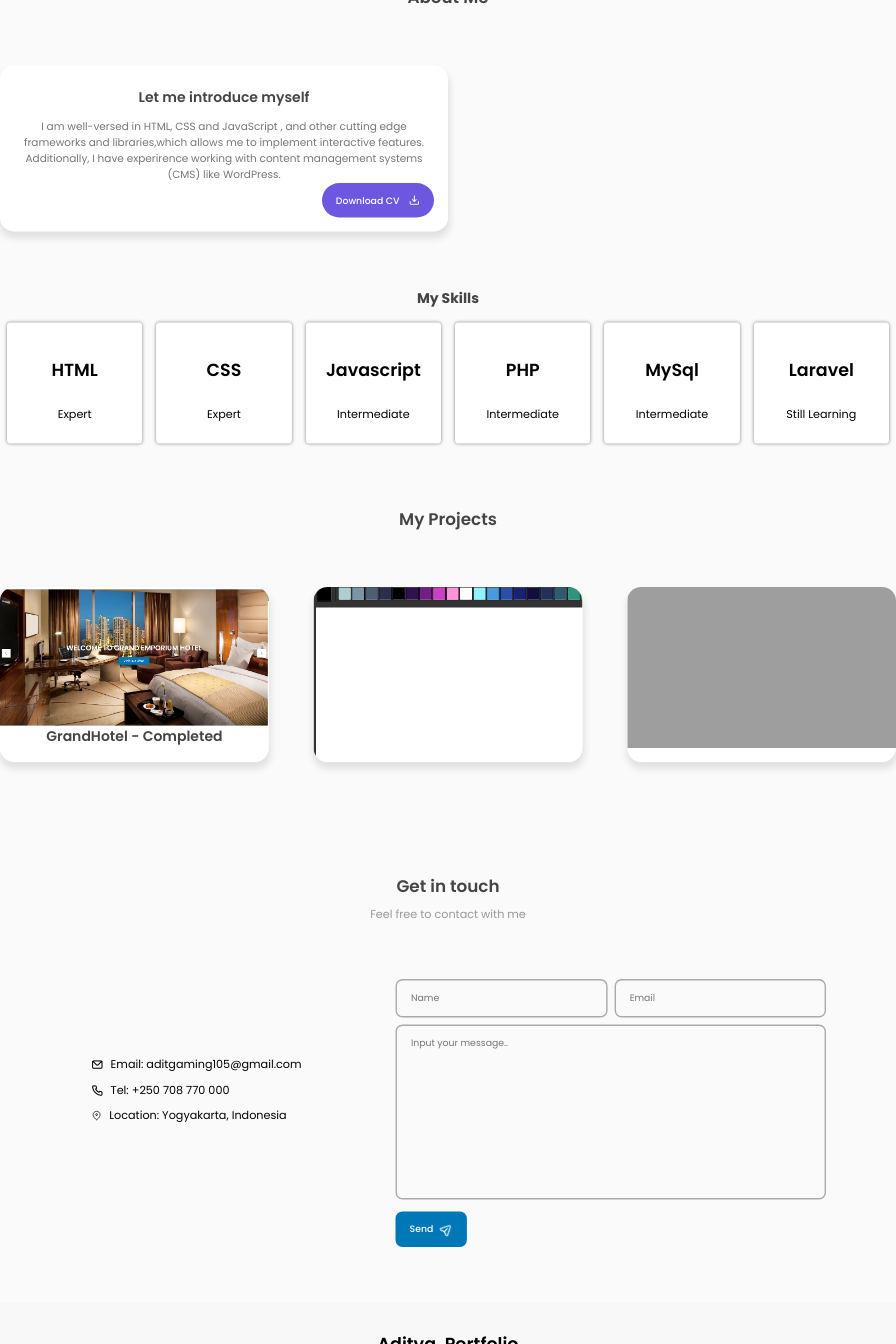
Repository: 4Kbrain/Portofolio
Page: index.html
These files come from the project's save history. The page is drawn as it stood at one moment and after a run of saves; the edit follows.
The browser window is 1280 px wide. The pictures show the part of the page from y = 821 to 2741 px (the page is 3007 px tall), at 70% of full size.
Pictures or frames that could not be fetched are drawn as grey boxes.

Above is the page before, as saved 2024-05-15 17:47:28.
Console error: ReferenceError: ScrollReveal is not defined

### index.html
<!DOCTYPE html>
<html lang="en">

<head>
    <meta charset="UTF-8">
    <meta name="viewport" content="width=device-width, initial-scale=1.0">
    <link rel="stylesheet" href="https://unicons.iconscout.com/release/v4.0.8/css/line.css">
    <link rel="stylesheet" href="assets/css/style.css">
    <link rel="shortcut icon" href="assets/img/favicon.png" type="image/x-icon">

    <title>Portfolio | Aditya</title>
</head>

<body>

    <div class="container">
        <!-- header -->
        <nav id="header">
            <div class="nav-logo">
                <a href="#home">
                    <p class="nav-name">Aditya</p>
                    <span>.</span>
                </a>
            </div>
            <div class="nav-menu" id="myNavMenu">
                <ul class="nav_menu_list">
                    <li class="nav_list">
                        <a href="#home" class="nav-link active-link">Home</a>
                        <div class="circle"></div>
                    </li>
                    <li class="nav_list">
                        <a href="#about" class="nav-link">About</a>
                        <div class="circle"></div>
                    </li>
                    <li class="nav_list">
                        <a href="#projects" class="nav-link">Projects</a>
                        <div class="circle"></div>
                    </li>
                    <li class="nav_list">
                        <a href="#contact" class="nav-link">Contact</a>
                        <div class="circle"></div>
                    </li>
                </ul>
            </div>
            <div class="nav-button">
                <a id="downloadCVButton" href="assets/CV/Aditya%20CV.pdf" download="CV.pdf" class="btn">Download CV <i
                        class="uil uil-file-alt"></i></a>
            </div>
            <div class="nav-menu-btn">
                <i class="uil uil-bars" onclick="myMenuFunction()"></i>
            </div>
        </nav>

        <!-- -------------- MAIN ---------------- -->
        <main class="wrapper">
            <!-- -------------- FEATURED BOX ---------------- -->
            <section class="featured-box" id="home">
                <div class="featured-text">
                    <div class="featured-text-card">
                        <span>Aditya Dwi Nugroho</span>
                    </div>
                    <div class="featured-name">
                        <p>I'm <span class="typedText"></span></p>
                    </div>
                    <div class="featured-text-info">
                        <p>I'm a beginner web developer with a passion for creating fully responsive websites. I'm eager to learn and grow in both front-end and back-end development.
                        </p>
                    </div>
                    <div class="featured-text-btn">
                        <button class="btn blue-btn">Contact Me</button>
                        <a id="downloadCVButton" href="assets/CV/Aditya%20CV.pdf" download="CV.pdf" class="btn">Download CV <i class="uil uil-file-alt"></i></a>

                    </div>
                    <div class="social_icons">
                        <div class="icon"><a href="https://www.instagram.com/allen.adityadn/"><i class="uil uil-instagram"></i></a></div>
                        <div class="icon"><a href="https://wa.me/0895339926715"><i class="uil uil-whatsapp"></i></a></div>
                        <div class="icon"><a href="https://github.com/4Kbrain"><i class="uil uil-github-alt"></i></a></div>

                    </div>
                </div>
                <div class="featured-image">
                    <div class="image">
                        <img src="assets/img/avatar.png" alt="avatar">
                    </div>
                </div>

    </div>

    </section>
    <!-- -------------- ABOUT BOX ---------------- -->
    <section class="section" id="about">
        <div class="top-header">
            <h1>About Me</h1>
        </div>
        <div class="row">
            <div class="col">
                <div class="about-info">
                    <h3>Let me introduce myself</h3>
                    <p>I am well-versed in HTML, CSS and JavaScript , and other cutting edge
                        frameworks and libraries,which allows me to implement interactive features.
                        Additionally, I have experirence working with content management systems (CMS) like
                        WordPress.
                    </p>
                    <div class="about-btn">
                        <a href="assets/CV/Aditya%20CV.pdf" download>
                            <button class="btn">Download CV <i class="uil uil-import"></i></button>
                          </a>

                    </div>
                </div>
            </div>
        </div>
    </section>

    <!-- Skills -->
<section class="skills" id="skills">

    <div class="skill" id="skill">
        <h1>My Skills</h1>
        <div class="content">
          <div class="flex">
            <div class="kotak" data-aos="flip-down" data-aos-delay="500">
              <div class="logo">
                <i class="fa-brands fa-html5"></i>
              </div>
              <div class="nama">HTML</div>
              <div class="ukuran">Expert</div>
            </div>
            <div class="kotak" data-aos="flip-right" data-aos-delay="500">
              <div class="logo">
                <i class="fa-brands fa-css3"></i>
              </div>
              <div class="nama">CSS</div>
              <div class="ukuran">Expert</div>
            </div>
            <div class="kotak" data-aos="flip-left" data-aos-delay="500">
              <div class="logo">
                <i class="fa-brands fa-js"></i>
              </div>
              <div class="nama">Javascript</div>
              <div class="ukuran">Intermediate</div>
            </div>
            <div class="kotak" data-aos="flip-up" data-aos-delay="500">
              <div class="logo">
                <i class="fa-brands fa-php"></i>
              </div>
              <div class="nama">PHP</div>
              <div class="ukuran">Intermediate</div>
            </div>
            <div class="kotak" data-aos="fade-up" data-aos-delay="500">
              <div class="logo">
                <i class="fa-solid fa-database"></i>
              </div>
              <div class="nama">MySql</div>
              <div class="ukuran">Intermediate</div>
            </div>
            <div class="kotak" data-aos="flip-down" data-aos-delay="500">
              <div class="logo">
                <i class="fa-brands fa-laravel"></i>
              </div>
              <div class="nama">Laravel</div>
              <div class="ukuran">Still Learning</div>
            </div>
          </div>
        </div>
      </div>

</section>



    <!-- -------------- PROJECT BOX ---------------- -->

    <section class="section" id="projects">
        <div class="top-header">
            <h1>My Projects</h1>
        </div>
        <div class="project-container">
            <div class="project-box">
                <a href=""></a>
                <img src="assets/img/GrandHotel.png" alt="Grand Hotel Project" class="project-image">
                <h3>GrandHotel - Completed</h3>
                <label class="clear">-</label>
            </div>
            <div class="project-box">
                <a href=""> <img src="assets/img/drawing.png" alt="2" class="project-image"></a>
                <h3>Drawing App - Completed</h3>
                <label> - </label>
            </div>
            <div class="project-box">
                <img src="path/to/your/image3.jpg" alt="3" class="project-image">
                <h3></h3>
                <label> - </label>
            </div>
        </div>
    </section>



  <!-- Contact me  -->

    <section class="section" id="contact">
        <div class="top-header">
            <h1>Get in touch</h1>
            <span>Feel free to contact with me</span>
        </div>
        <div class="row">
            <div class="col">
                <div class="contact-info">
                    <p><i class="uil uil-envelope"></i> Email: aditgaming105@gmail.com</p>
                    <p><i class="uil uil-phone"></i> Tel: +250 708 770 000</p>
                    <p><svg xmlns="http://www.w3.org/2000/svg" width="1em" height="1em" viewBox="0 0 24 24"><g fill="none" stroke="currentColor" stroke-linecap="round" stroke-linejoin="round" stroke-width="1.5"><path d="M12.56 20.82a.964.964 0 0 1-1.12 0C6.611 17.378 1.486 10.298 6.667 5.182A7.592 7.592 0 0 1 12 3c2 0 3.919.785 5.333 2.181c5.181 5.116.056 12.196-4.773 15.64"/><path d="M12 12a2 2 0 1 0 0-4a2 2 0 0 0 0 4"/></g></svg>Location: Yogyakarta, Indonesia</p>
                </div>
            </div>
            <div class="col">
                <div class="form-control">
                    <div class="form-inputs">
                        <input type="text" class="input-field" placeholder="Name">
                        <input type="text" class="input-field" placeholder="Email">
                    </div>
                    <div class="text-area">
                        <textarea placeholder="Input your message.."></textarea>
                    </div>
                    <div class="form-button">
                        <button class="btn">Send <i class="uil uil-message"></i></button>
                    </div>
                </div>
            </div>
        </div>
    </section>

    </main>

    <!-- Footer -->
    <footer>
        <div class="top-footer">
            <p>Aditya. Portfolio</p>
        </div>
        <div class="middle-footer">
            <ul class="footer-menu">
                <li class="footer_menu_list">
                    <a href="#home">Home</a>
                </li>
                <li class="footer_menu_list">
                    <a href="#about">About</a>
                </li>
                <li class="footer_menu_list">
                    <a href="#projects">Projects</a>
                </li>
                <li class="footer_menu_list">
                    <a href="#contact">Contact</a>
                </li>
            </ul>
        </div>
        <div class="footer-social-icons">
            <div class="icon"><a href="https://www.instagram.com/allen.adityadn/"><i class="uil uil-instagram"></i></a></div>
            <div class="icon"><a href="https://wa.me/0895339926715"><i class="uil uil-whatsapp"></i></a></div>
            <div class="icon"><a href="https://github.com/4Kbrain"><i class="uil uil-github-alt"></i></a></div>
        </div>
        <div class="bottom-footer">
            <p>Copyright &copy; <a href="https://www.instagram.com/allen.adityadn/" style="text-decoration: none;">@allen.adityadn</a> - All rights reserved</p>
        </div>
    </footer>

    </div>

    <script src="https://unpkg.com/typed.js@2.0.16/dist/typed.umd.js"></script>
    <script src="assets/js/script.js"></script>
</body>

</html>

Loaded but not shown: assets/js/script.js (126 lines, source omitted); assets/css/style.css (741 lines, source omitted)

After the next 2 saves:
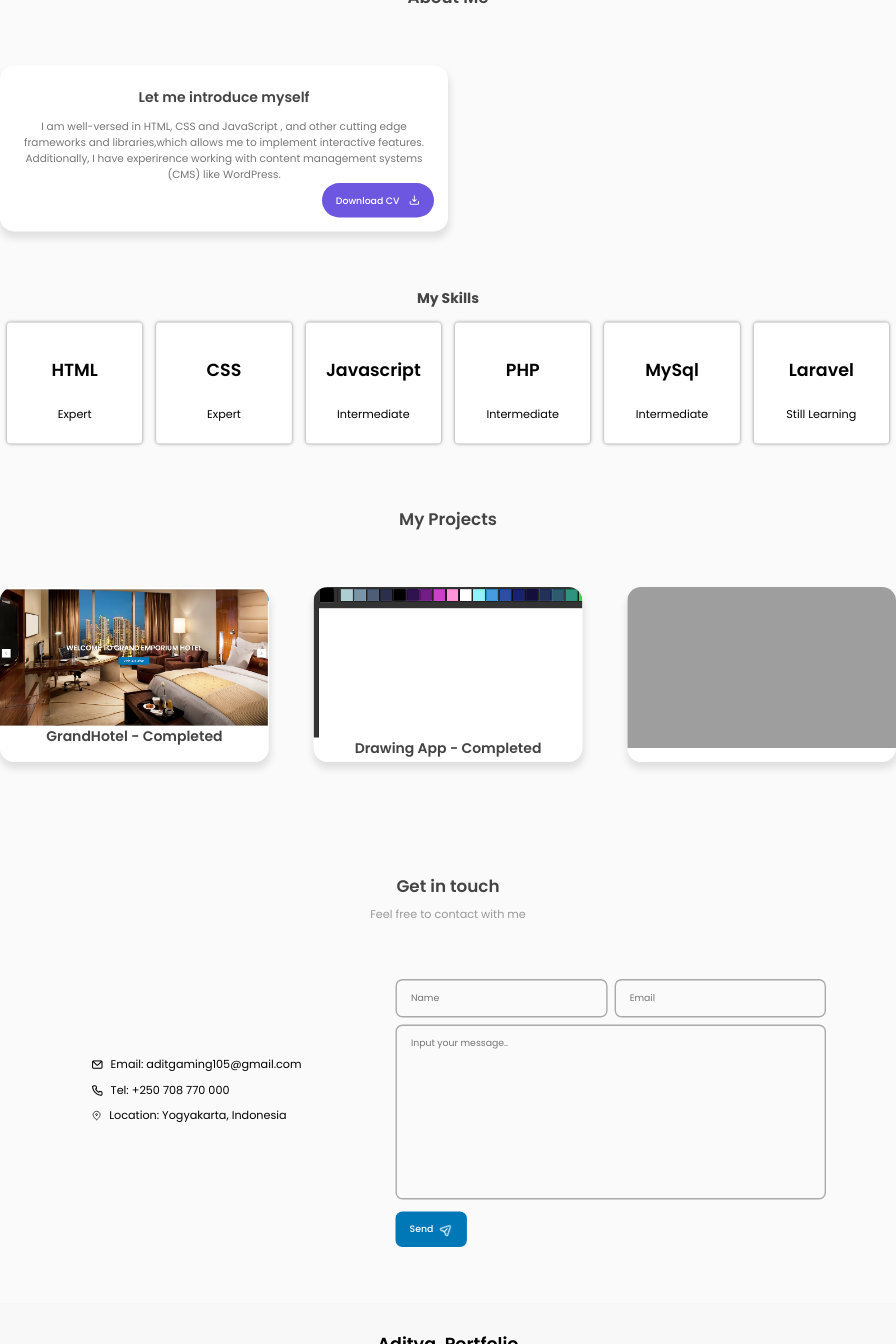
The 2 saves are shown as one change because they came seconds apart.
The last was saved 26 s later.
--- a/index.html
+++ b/index.html
@@ -183,7 +183,8 @@
                 <label class="clear">-</label>
             </div>
             <div class="project-box">
-                <a href=""> <img src="assets/img/drawing.png" alt="2" class="project-image"></a>
+                <a href=""> </a>
+                <img src="assets/img/drawing.png" alt="2" class="project-image">
                 <h3>Drawing App - Completed</h3>
                 <label> - </label>
             </div>
